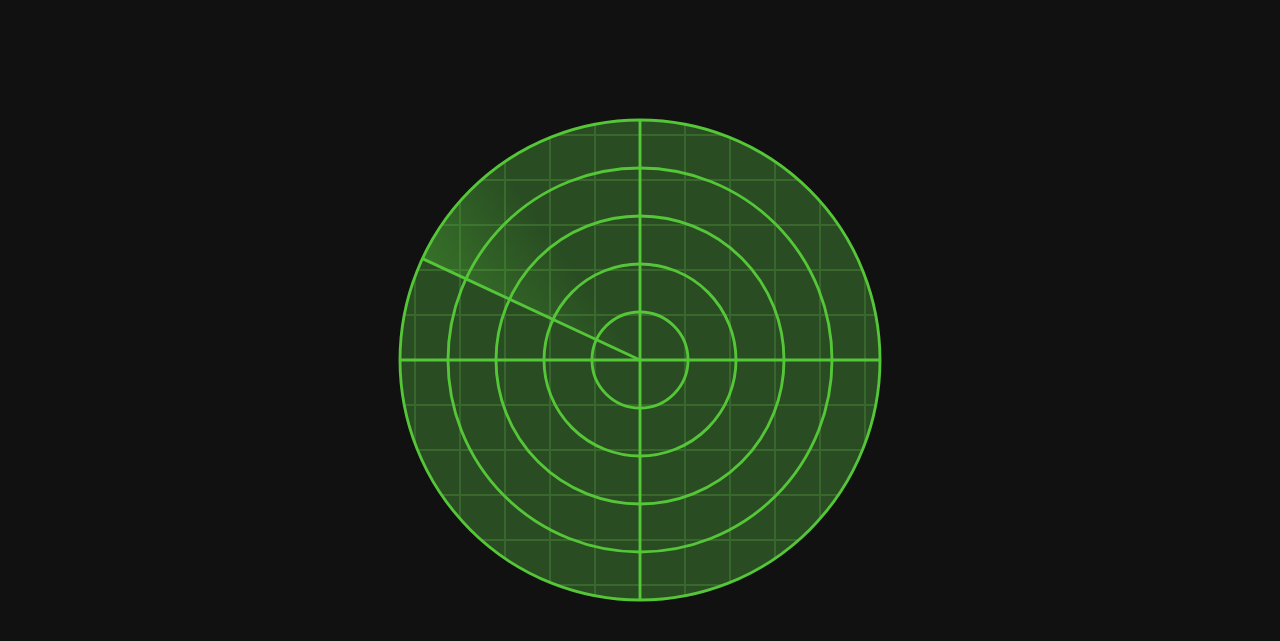
Repository: pedro-mancano/ProjetoCDM204
Page: scripts/radar.html
An editor plug-in stored every save of this project. The page is shown before and after the next save, followed by the edit.
The browser window is 1280 px wide. The pictures show the whole page.

Above is the page before, as saved 2024-11-27 16:40:18.

### scripts/radar.html
<html>

<head>
  <title>Radars</title>
  <link rel="stylesheet" type="text/css" href="./radar.css">
</head>

<body>
  <div class="radar">
    <canvas id="radarCanvas" width="400" height="400"></canvas>
  </div>
  <script src="./radar.js"></script>

</html>

### scripts/radar.css
html,
body {
  background-color: #111;
  height: 100%;
  margin: 0;
  width: 100%;
}

.radar {
  height: 100%;
  width: 100%;
  display: flex;
}

#radarCanvas {
  margin: auto;
  position: relative;
}

### scripts/radar.js
const canvas = document.getElementById('radarCanvas');
const ctx = canvas.getContext('2d');
let lastDraw = performance.now();

size = Math.min(window.innerWidth, window.innerHeight);

ctx.canvas.width = size;
ctx.canvas.height = size;

scaleFactor = size / 500;

angle = 5;

function draw(elapsed) {
  ctx.clearRect(0, 0, canvas.width, canvas.height);

  angle += 0.5;

  const height = canvas.height;
  const width = canvas.width;
  const r = canvas.height / 3;
  const R = canvas.height / 2;


  // Draw the radar circle
  ctx.fillStyle = '#294c22';
  ctx.beginPath();
  ctx.arc(R, R, r, 0, 2 * Math.PI);
  ctx.fill();

  //
  ctx.strokeStyle = '#3a682e';
  ctx.lineWidth = scaleFactor;
  for (let i = 0; i < 2 * R; i += R / 8) {
    for (let j = 0; j < 2 * R; j += R / 8) {
      ctx.beginPath();
      ctx.moveTo(i, 0);
      ctx.lineTo(i, 2 * R);
      ctx.stroke();
      ctx.beginPath();
      ctx.moveTo(0, j);
      ctx.lineTo(2 * R, j);
      ctx.stroke();
    }
  }

  // Clear the outside circle
  ctx.globalCompositeOperation = 'destination-in';
  ctx.fillStyle = '#FFFFFF';
  ctx.beginPath();
  ctx.arc(R, R, r, 0, 2 * Math.PI);
  ctx.fill();
  ctx.globalCompositeOperation = 'source-over';


  // Draw grid lines (4 lines, 90 degrees apart)
  ctx.strokeStyle = '#54c638';
  ctx.lineWidth = 2 * scaleFactor;
  for (let i = 0; i < 360; i += 90) {
    ctx.beginPath();
    ctx.moveTo(R, R);
    ctx.lineTo(R + r * Math.cos(i * Math.PI / 180), R + r * Math.sin(i * Math.PI / 180));
    ctx.stroke();
  }

  // Circle outlines 5
  for (let i = 0; i < 6; i++) {
    ctx.beginPath();
    ctx.arc(R, R, r / 5 * i, 0, 2 * Math.PI);
    ctx.stroke();
  }

  // Draw the radar sweep
  ctx.strokeStyle = '#54c638';
  ctx.lineWidth = 2 * scaleFactor;
  ctx.beginPath();
  ctx.moveTo(R, R);
  ctx.lineTo(R + r * Math.cos(-angle * Math.PI / 180), R + r * Math.sin(-angle * Math.PI / 180));
  ctx.stroke();

  // Draw the radar arc sweep (15 deg) low opacity
  const startX = R + r * Math.cos(-angle * Math.PI / 180);
  const startY = R + r * Math.sin(-angle * Math.PI / 180);
  const endX = R + r * Math.cos((-angle + 60) * Math.PI / 180);
  const endY = R + r * Math.sin((-angle + 60) * Math.PI / 180);

  // Create a linear gradient
  const gradient = ctx.createLinearGradient(startX, startY, endX, endY);
  gradient.addColorStop(0, '#54c638'); // Start with red
  gradient.addColorStop(0.5, '#54c63800'); // End with blue

  ctx.fillStyle = gradient;
  ctx.lineWidth = 2 * scaleFactor;
  ctx.globalAlpha = 0.3;
  ctx.beginPath();
  ctx.moveTo(R, R);
  ctx.arc(R, R, r, -angle * Math.PI / 180, (-angle + 120) * Math.PI / 180);
  ctx.fill();
  ctx.globalAlpha = 1;
}

function drawLoop() {
  draw(performance.now() - lastDraw);
  lastDraw = performance.now();
  requestAnimationFrame(drawLoop);
}

requestAnimationFrame(drawLoop);

After the next save:
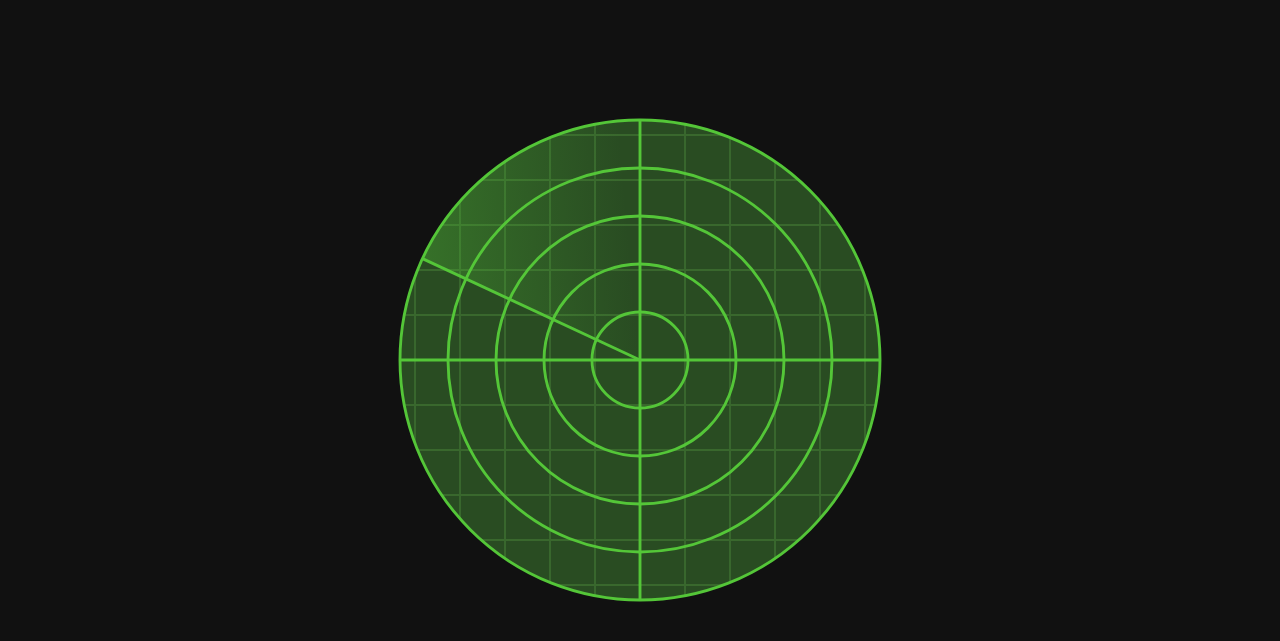
Saved 5 s later.
--- a/scripts/radar.js
+++ b/scripts/radar.js
@@ -81,8 +81,8 @@ function draw(elapsed) {
   // Draw the radar arc sweep (15 deg) low opacity
   const startX = R + r * Math.cos(-angle * Math.PI / 180);
   const startY = R + r * Math.sin(-angle * Math.PI / 180);
-  const endX = R + r * Math.cos((-angle + 60) * Math.PI / 180);
-  const endY = R + r * Math.sin((-angle + 60) * Math.PI / 180);
+  const endX = R + r * Math.cos((-angle + 120) * Math.PI / 180);
+  const endY = R + r * Math.sin((-angle + 120) * Math.PI / 180);
 
   // Create a linear gradient
   const gradient = ctx.createLinearGradient(startX, startY, endX, endY);
